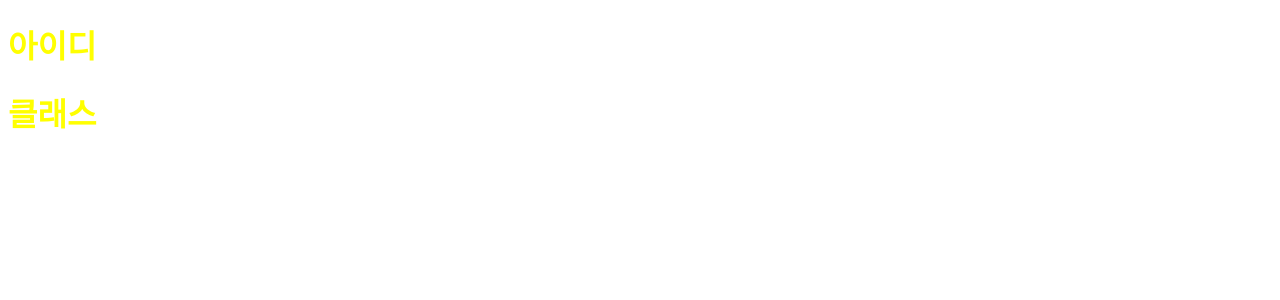
Repository: kwakminjung/bootclass
Page: Day2/frontend/src/main/resources/static/index.html
An editor plug-in stored every save of this project. The page is shown before and after the next save, followed by the edit.
The browser window is 1280 px wide. The pictures show the whole page.

Above is the page before, as saved 2024-07-02 01:39:49.

### Day2/frontend/src/main/resources/static/index.html
<!DOCTYPE html>
<html>
<head>
<meta charset="UTF-8">
<title>id와 클래스</title>
<link rel="stylesheet" href="style.css">
</head>
<body>

<h1 id="id1">아이디</h1>

<h1 class="class1">클래스</h1>

</body>
</html>

### Day2/frontend/src/main/resources/static/style.css
h1 {
	color: yellow;
}

After the next save:
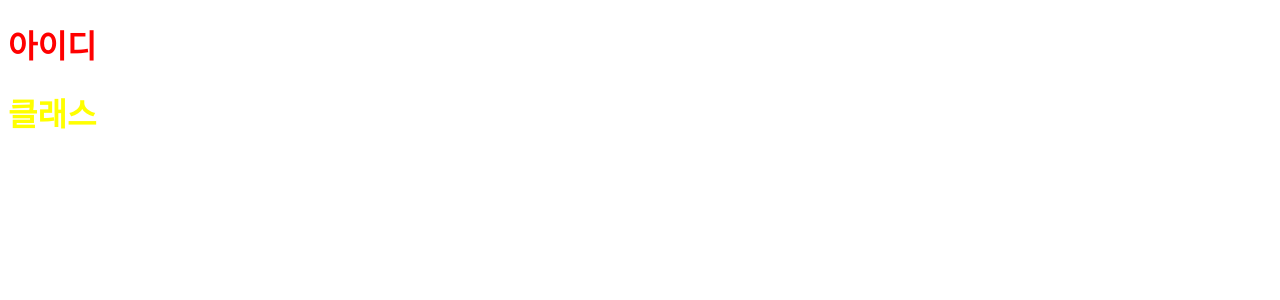
Saved 101 s later.
--- a/Day2/frontend/src/main/resources/static/index.html
+++ b/Day2/frontend/src/main/resources/static/index.html
@@ -4,6 +4,11 @@
 <meta charset="UTF-8">
 <title>id와 클래스</title>
 <link rel="stylesheet" href="style.css">
+<style>
+#id1 {
+color:red;
+}
+</style>
 </head>
 <body>
 
